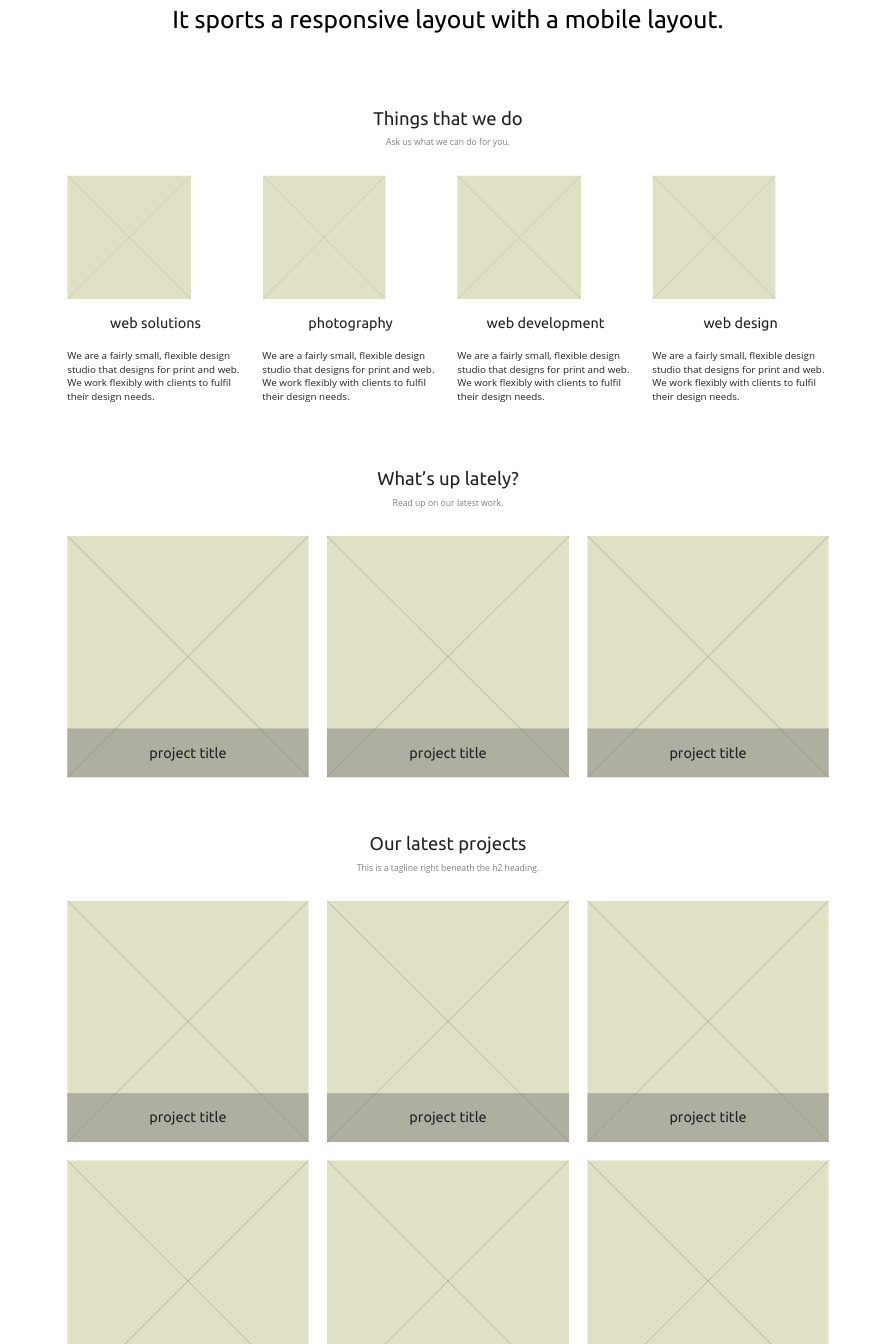
Repository: eilidhma/metrolics
Page: index.html
These files come from the project's save history. The page is drawn as it stood at one moment and after the next save; the edit follows.
The browser window is 1280 px wide. The pictures show the part of the page from y = 462 to 2382 px (the page is 3561 px tall before and 3636 px after), at 70% of full size.

Above is the page before, as saved 2021-02-03 22:32:35.

After the next save:
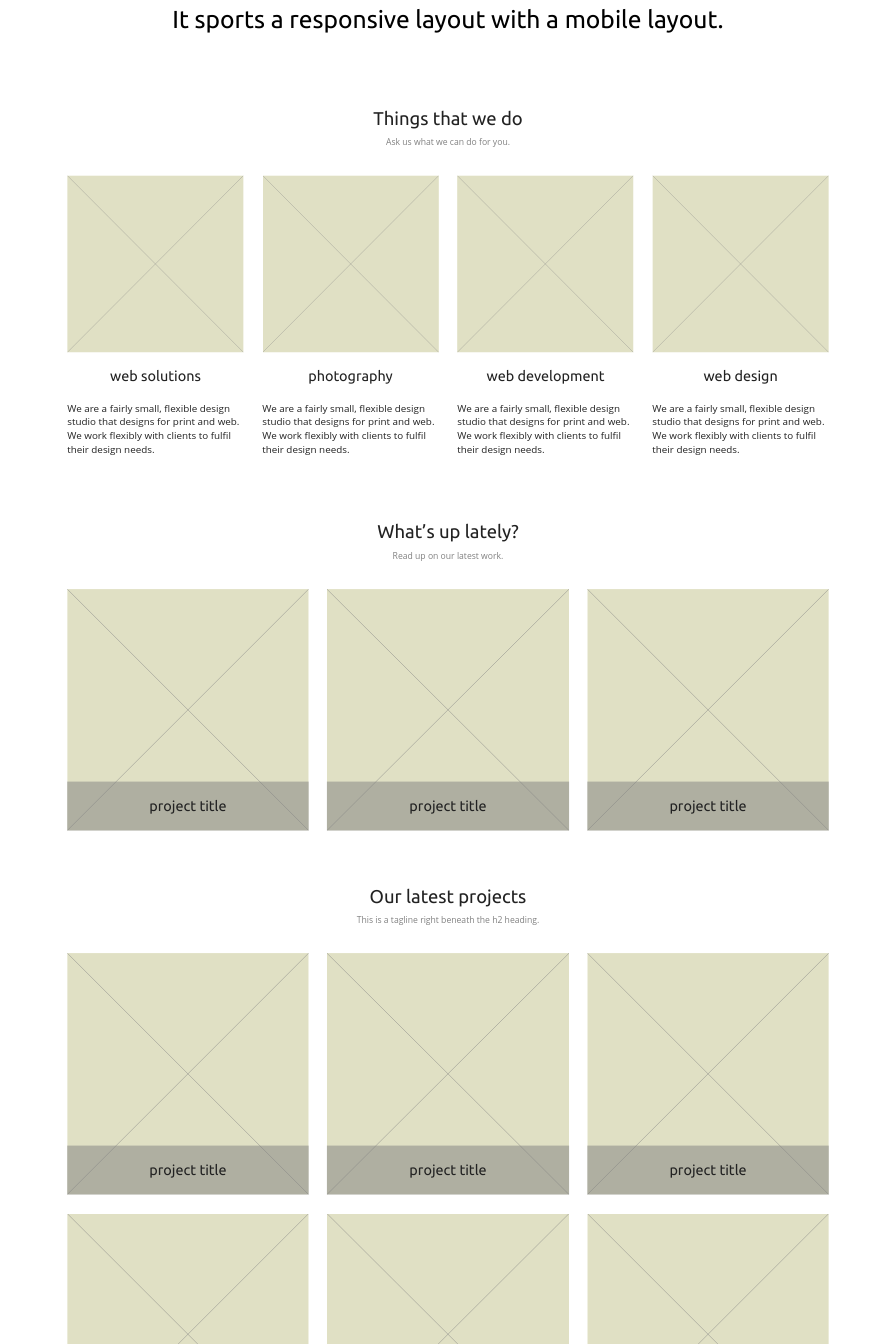
Saved 8 s later.
--- a/css/main.css
+++ b/css/main.css
@@ -429,10 +429,6 @@ MODULES
   color: #fff;
 }
 
-.about img {
-  width: 70%;
-}
-
 /* main nav colours & icons */
 
 .main-nav__item:nth-child(1) {
